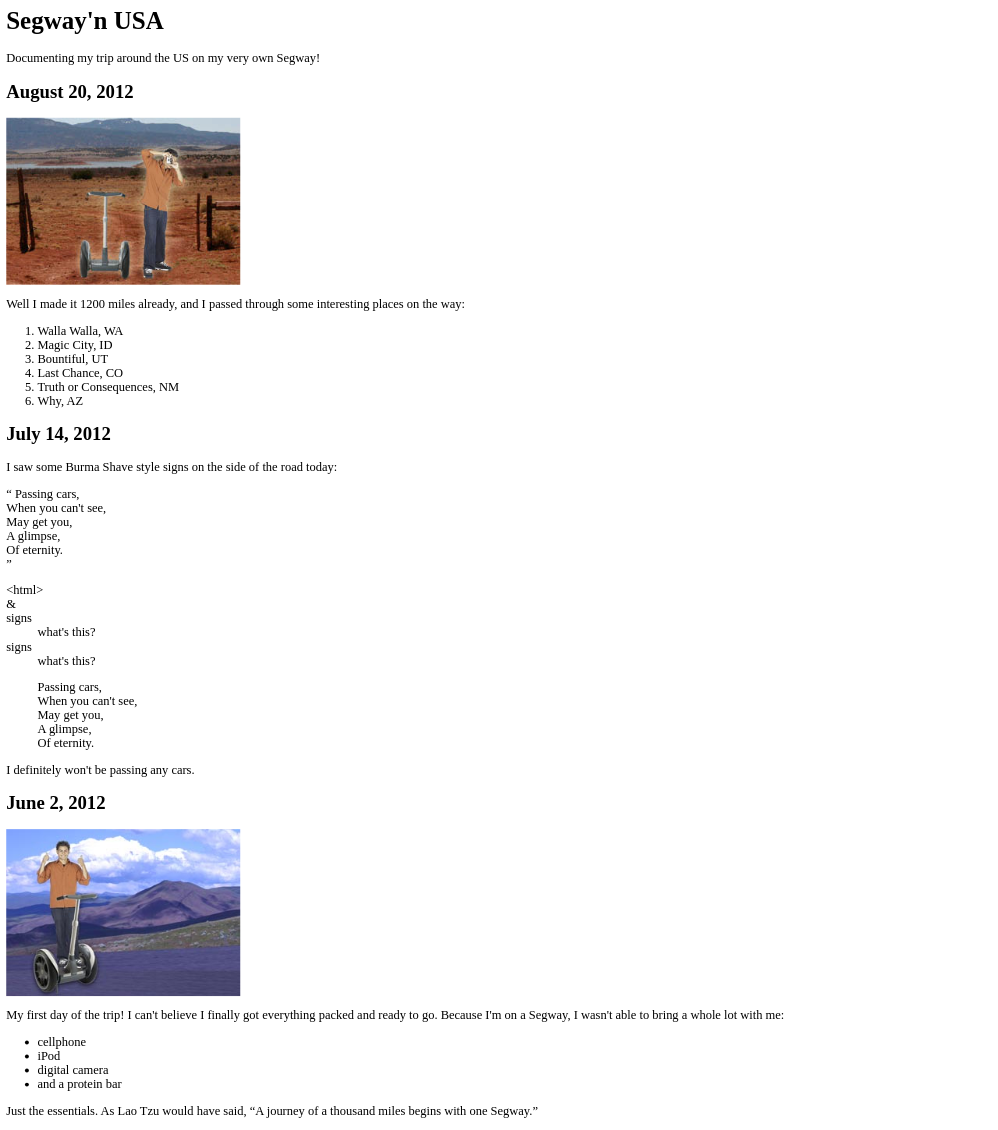
Repository: Dearning/head-first-html-css
Page: chapter3/journal/journal.html
The author's editor kept a copy of each file at every save. The page is drawn from the files as they stood at one save, then again after the next save.
The browser window is 1280 px wide. The pictures show the whole page, at 78% of full size.

Above is the page before, as saved 2021-09-17 09:27:45.

### chapter3/journal/journal.html
<html>
  <head>
    <title>My Trip Around the USA on a Segway</title>
  </head>
  <body>

    <h1>Segway'n USA</h1>
    <p>
      Documenting my trip around the US on my very own Segway!
    </p>

    <h2>August 20, 2012</h2>
    <img src="images/segway2.jpg">
    <p>
      Well I made it 1200 miles already, and I passed
      through some interesting places on the way:
    </p>

    <ol>
      <li>Walla Walla, WA</li>
      <li>Magic City, ID</li>
      <li>Bountiful, UT</li>
      <li>Last Chance, CO</li>
      <li>Truth or Consequences, NM</li>
      <li>Why, AZ</li>
    </ol>

    <h2>July 14, 2012</h2>
    <p>
      I saw some Burma Shave style signs on the side of the
      road today:
    </p>
    <q>
      Passing cars, <br>
      When you can't see, <br>
      May get you, <br>
      A glimpse, <br>
      Of eternity. <br>
    </q>
<dl>
  &lt;html&gt;<br>
  &amp;
  <dt>signs</dt>
  <dd>what's this?</dd>

  <dt>signs</dt>
  <dd>what's this?</dd>
</dl>
    <blockquote>
      Passing cars, <br>
      When you can't see, <br>
      May get you, <br>
      A glimpse, <br>
      Of eternity. <br>
    </blockquote>
    <p>
      I definitely won't be passing any cars.
    </p>

    <h2>June 2, 2012</h2>
    <img src="images/segway1.jpg">
    <p>
      My first day of the trip!  I can't believe I finally got
      everything packed and ready to go.  Because I'm on a Segway,
      I wasn't able to bring a whole lot with me:
    </p>
    <ul>
      <li>cellphone</li>
      <li>iPod</li>
      <li>digital camera</li>
      <li>and a protein bar</li>
    </ul>
    <p>
       Just the essentials.  As
      Lao Tzu would have said, <q>A journey of a
      thousand miles begins with one Segway.</q>
    </p>
  </body>
</html>

After the next save:
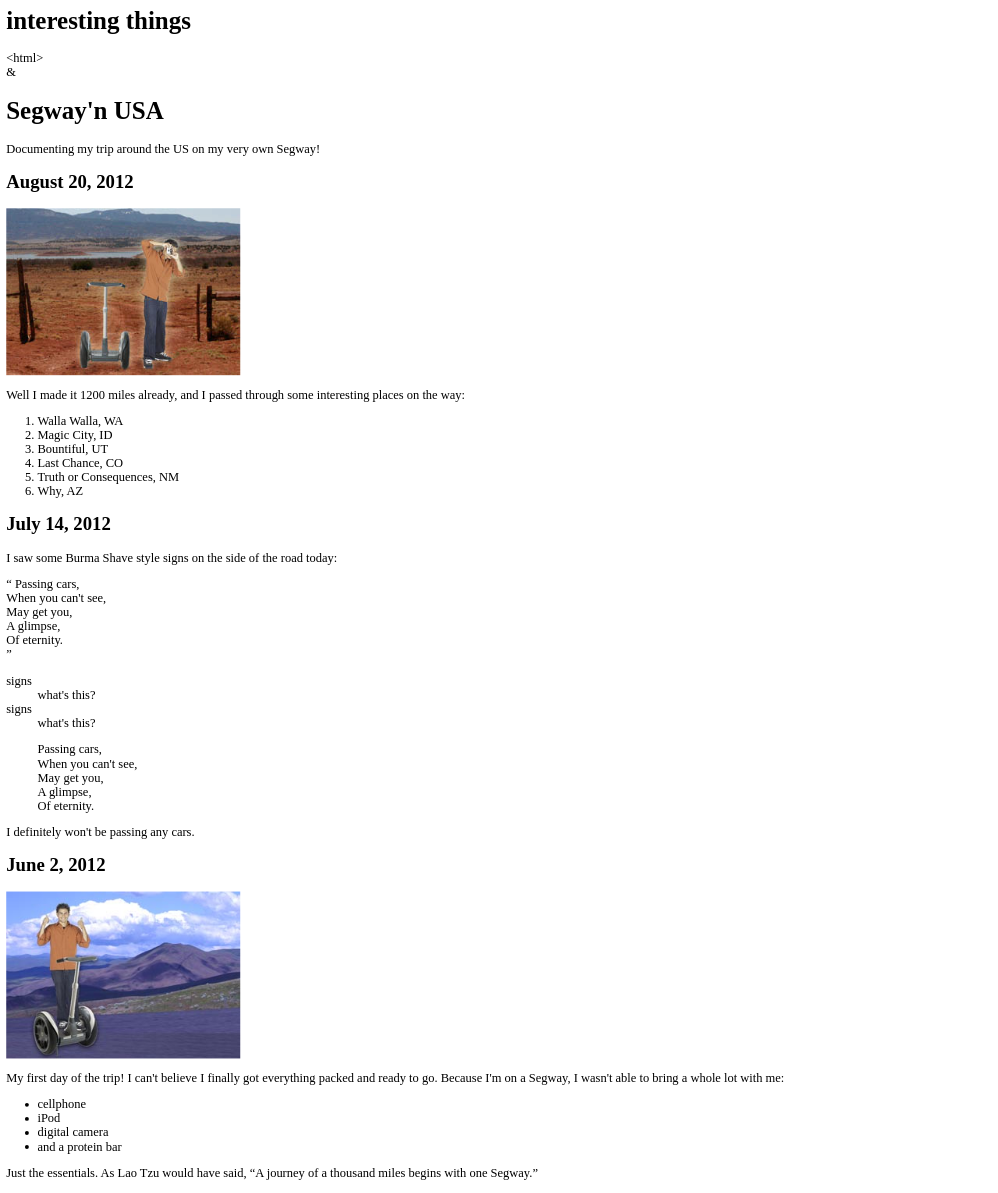
Saved 34 s later.
--- a/chapter3/journal/journal.html
+++ b/chapter3/journal/journal.html
@@ -3,6 +3,10 @@
     <title>My Trip Around the USA on a Segway</title>
   </head>
   <body>
+    <h1>interesting things </h1>
+
+    &lt;html&gt;<br>
+    &amp;
 
     <h1>Segway'n USA</h1>
     <p>
@@ -38,8 +42,6 @@
       Of eternity. <br>
     </q>
 <dl>
-  &lt;html&gt;<br>
-  &amp;
   <dt>signs</dt>
   <dd>what's this?</dd>
 
